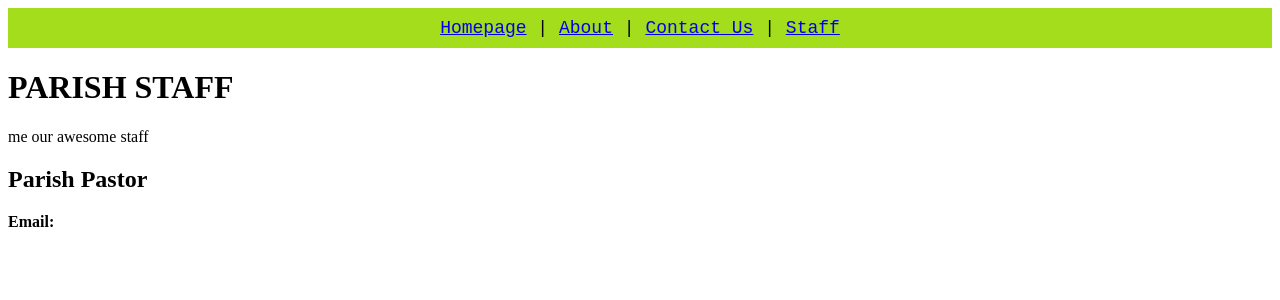
Repository: ficotims/HTML-RESTART
Page: Staff.html
An editor plug-in stored every save of this project. The page is shown before and after the next save, followed by the edit.
The browser window is 1280 px wide. The pictures show the whole page.

Above is the page before, as saved 2026-02-10 09:56:07.

### Staff.html
<!doctype html>
<html lang="en">
  <head>
    <meta charset="UTF-8" />
    <meta name="viewport" content="width=device-width, initial-scale=1.0" />
    <title>staff information</title>
  </head>
  <body>
          <!-- NAVIGATION SECTION -->
  <div style="background-color: rgb(163, 221, 27); padding: 10px; text-align: center; font-size: 18px; font-family: monospace, Lemon milk;">
    <a href="Homepage.html" target="_top">Homepage</a> |
    <a href="about.html">About</a> | <a href="Contact us.html">Contact Us</a> |
    <a href="staff.html">Staff</a>
     </div>

    <h1>PARISH STAFF</h1>
    <p>me our awesome staff</p>

    <h2>Parish Pastor</h2>
    <p>
      <strong>Email:</strong>
      <a href="mailto:)
      </body>
</html>

After the next save:
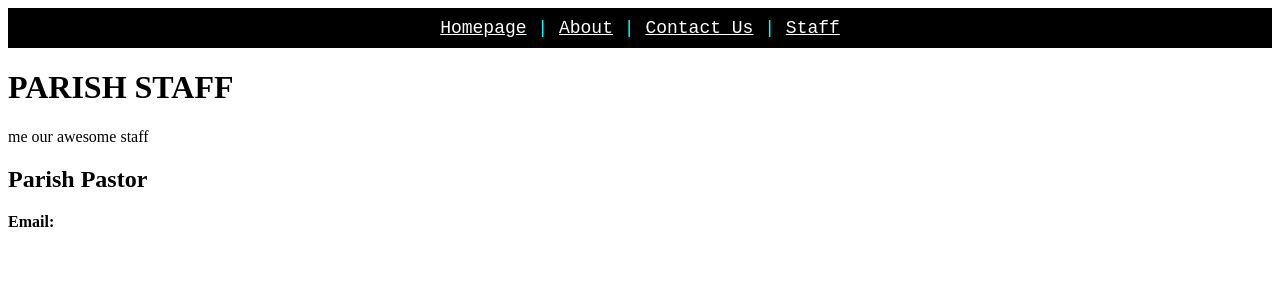
Saved 64 s later.
--- a/Staff.html
+++ b/Staff.html
@@ -7,10 +7,10 @@
   </head>
   <body>
           <!-- NAVIGATION SECTION -->
-  <div style="background-color: rgb(163, 221, 27); padding: 10px; text-align: center; font-size: 18px; font-family: monospace, Lemon milk;">
-    <a href="Homepage.html" target="_top">Homepage</a> |
-    <a href="about.html">About</a> | <a href="Contact us.html">Contact Us</a> |
-    <a href="staff.html">Staff</a>
+  <div style="background-color: rgb(0, 0, 0); padding: 10px; text-align: center; color: aqua; font-size: 18px; font-family: monospace, Lemon milk;">
+    <a href="Homepage.html" style="color: white;">Homepage</a> |
+    <a href="about.html" style="color: white;">About</a> | <a href="Contact us.html" style="color: white;">Contact Us</a> |
+    <a href="staff.html" style="color: white;">Staff</a>
      </div>
 
     <h1>PARISH STAFF</h1>
